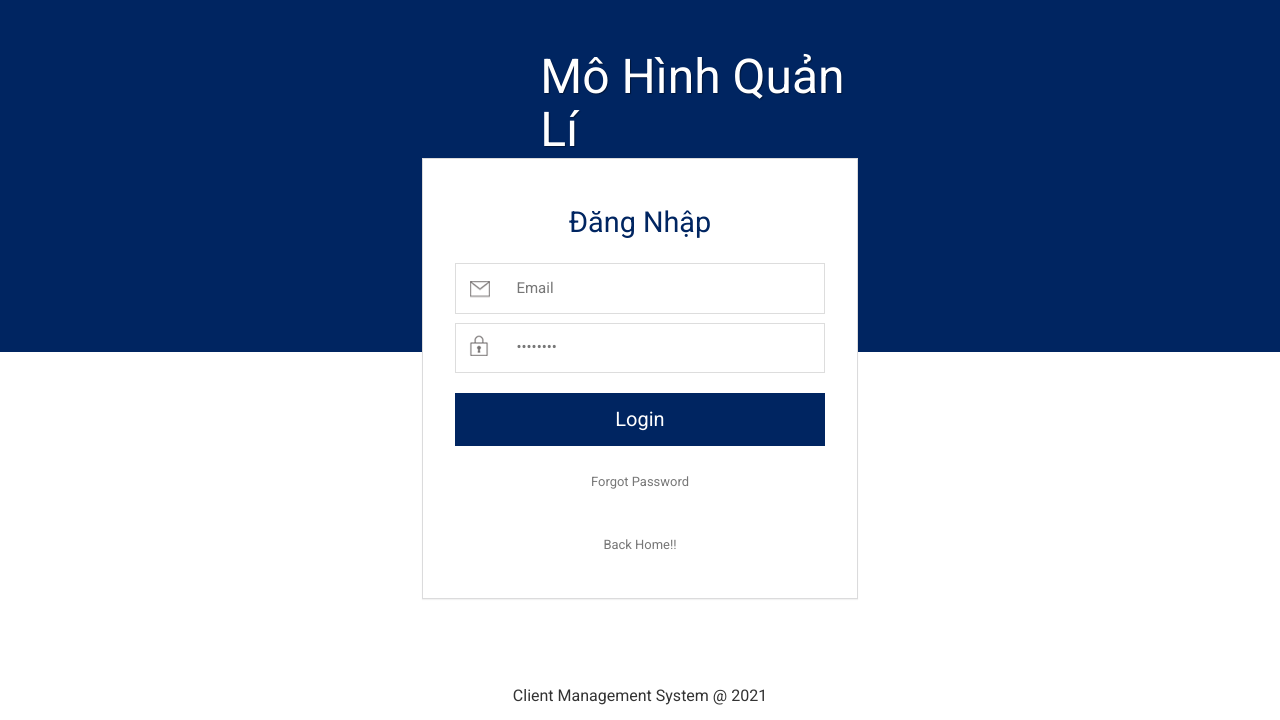
Repository: HuynhDuc23/PHPMNM
Page: http://localhost/Client-Management-System-using-PHP-MySQL (1)/Client Management System using PHP & MySQL/clientms/client/index.php
An editor plug-in stored every save of this project. The page is shown before and after the next save, followed by the edit.
The browser window is 1280 px wide. The pictures show the whole page.
The page is run by PHP 8.4 with error messages shown; the project is at /var/www/html/.

Above is the page before, as saved 2023-05-17 01:04:17.

After the next save:
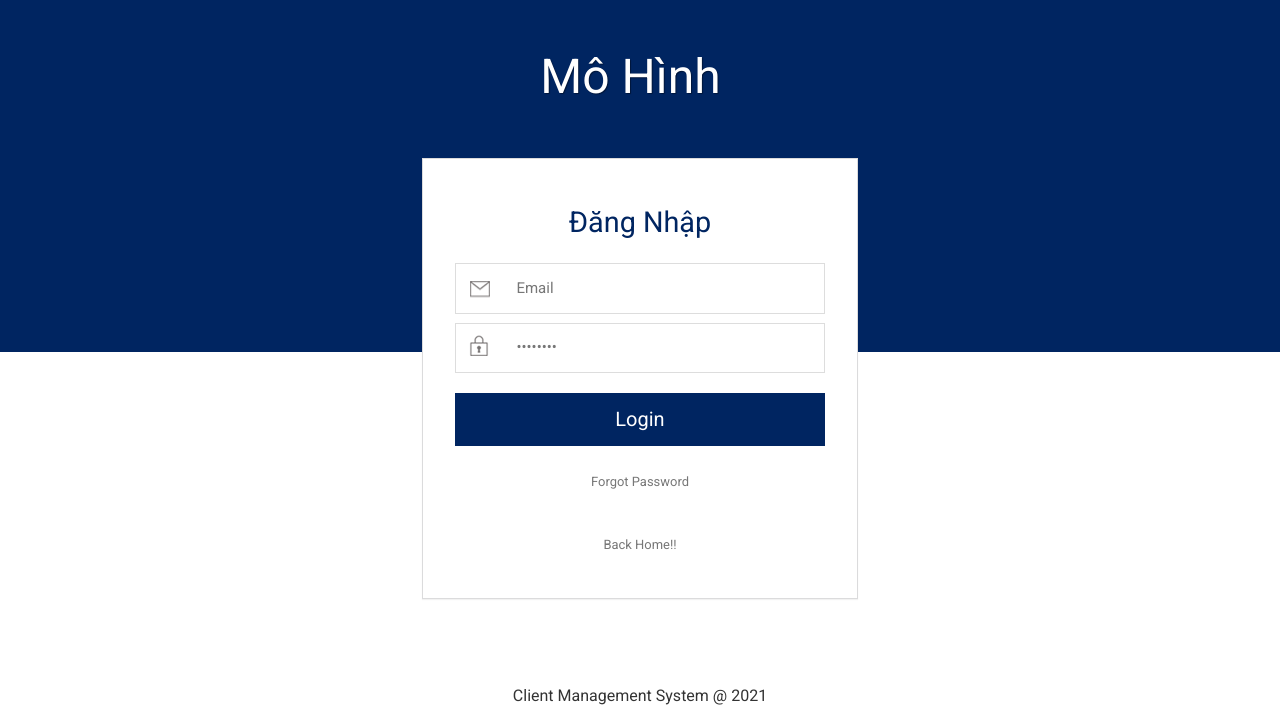
Saved 31 s later.
--- a/Client-Management-System-using-PHP-MySQL (1)/Client Management System using PHP & MySQL/clientms/client/index.php
+++ b/Client-Management-System-using-PHP-MySQL (1)/Client Management System using PHP & MySQL/clientms/client/index.php
@@ -50,7 +50,7 @@ echo "<script>alert('Invalid Details');</script>";
 	<div class="error_page">
 
 		<div class="error-top">
-			<h2 class="inner-tittle page" style="display :inline-block"> Mô Hình Quản Lí</h2>
+			<h2 class="inner-tittle page"> Mô Hình </h2>
 			<div class="login">
 
 				<div class="buttons login">
